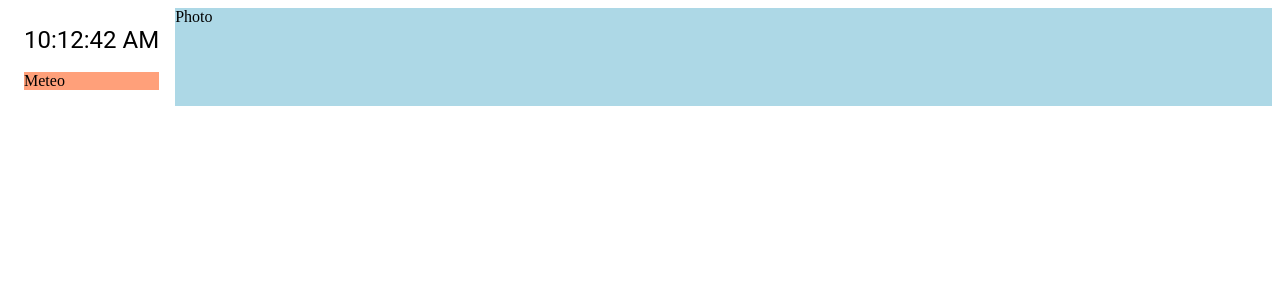
Repository: songvi/meteo
Page: /
These files come from the project's save history. The page is drawn as it stood at one moment and after the next save; the edit follows.
The browser window is 1280 px wide. The pictures show the whole page.
The project was rebuilt for these pictures with package versions that can differ from the ones it lists, and the page was loaded fresh each time. Also part of the build but not shown: src/App.css.

Above is the page before, as saved 2023-04-02 23:25:53.

After the next save:
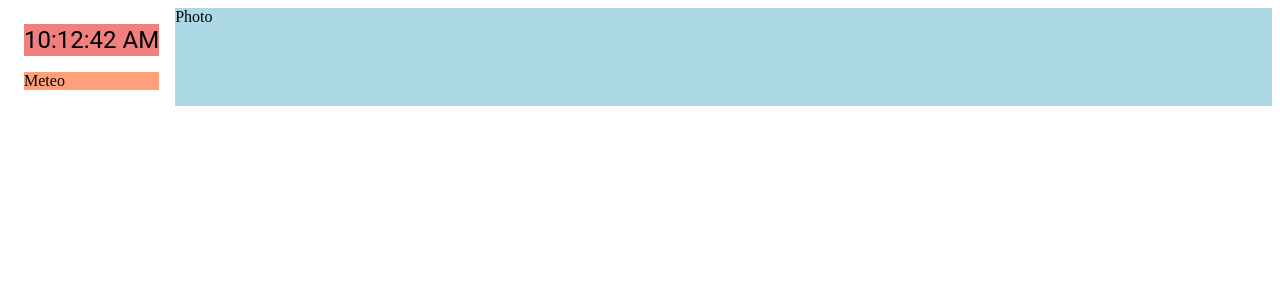
Saved 4 s later.
--- a/src/features/datetime/Datetime.tsx
+++ b/src/features/datetime/Datetime.tsx
@@ -13,7 +13,7 @@ const Datetime = () => {
     }, [])
 
     return (
-        <Box flex={2} alignContent={'center'} justifyContent={'center'} bgcolor={'light'}>
+        <Box flex={2} alignContent={'center'} justifyContent={'center'} bgcolor={'lightcoral'}>
             <Typography variant='h5'>{value ? value.toLocaleTimeString() : ""}</Typography>
         </Box>
     )
